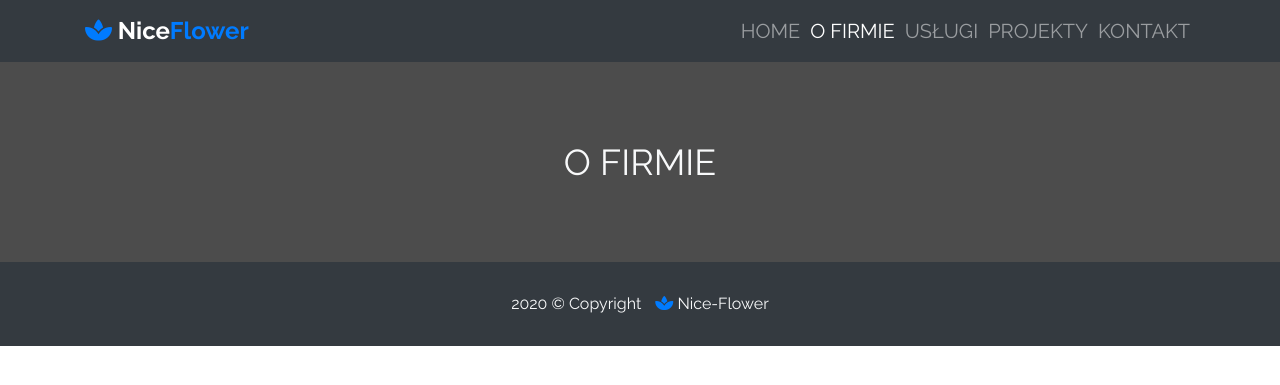
Repository: KrzysKolo/Projekt-13_Kwiaciarnia
Page: abouteus.html
These files come from the project's save history. The page is drawn as it stood at one moment and after the next save; the edit follows.
The browser window is 1280 px wide. The pictures show the whole page.
Some web libraries are served in a nearby version.

Above is the page before, as saved 2020-08-10 02:57:25.

After the next save:
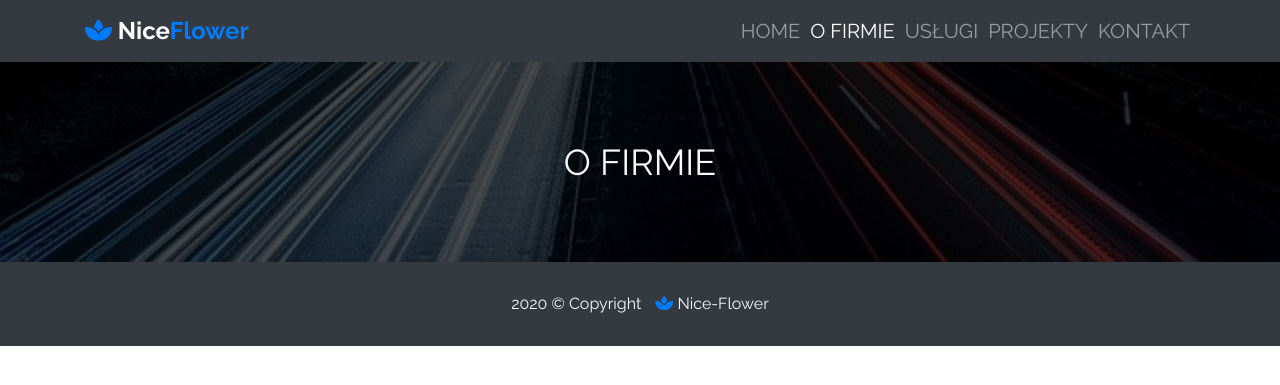
Saved 15 min 5 s later.
--- a/style.css
+++ b/style.css
@@ -98,6 +98,13 @@ header {
   font-size: 3rem;
   font-weight: bold;
 }
+/* ----------- */
+/*   aboutus   */
+/* ----------- */
+.aboutus-hero {
+  background-image: url("./img/obrazek1.jpg");
+  background-position: bottom;
+}
 @media (min-width: 1400px) {
   .carousel-item {
     height: 600px;
